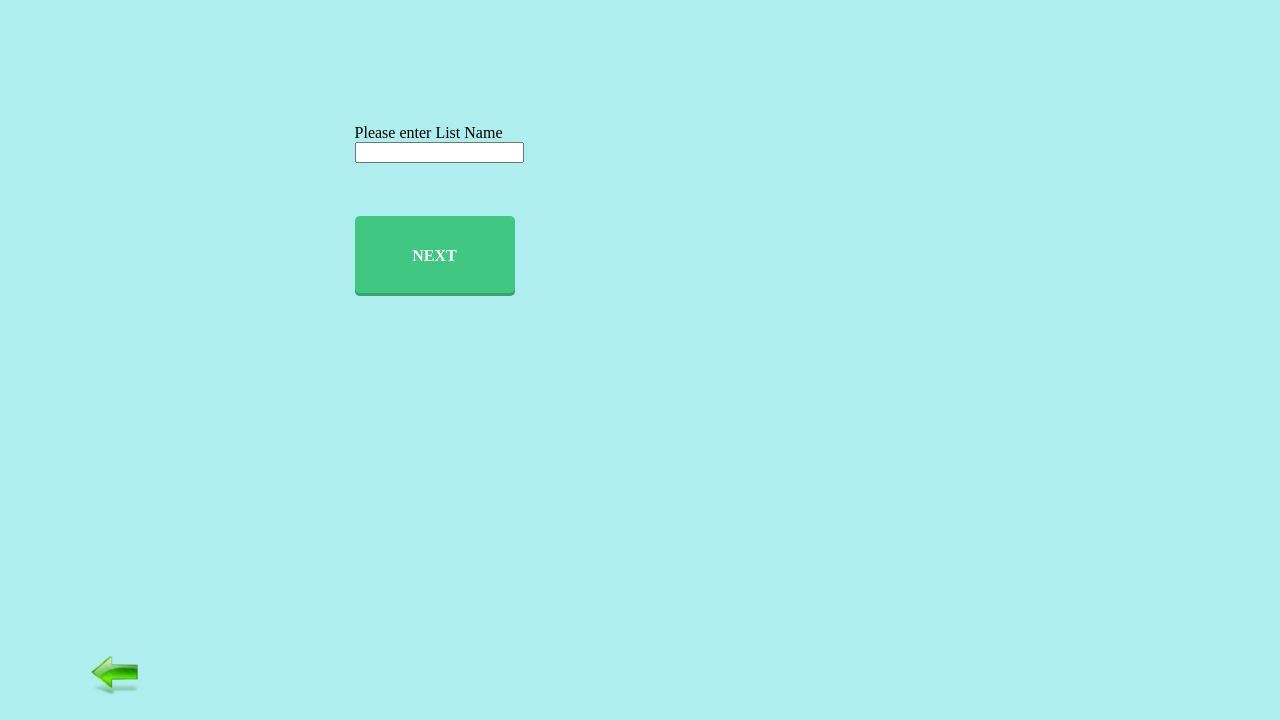
Repository: Artem-Brunov/msu_prac
Page: workspace/BasicUI/NewWithoutTr.html
The author's editor kept a copy of each file at every save. The page is drawn from the files as they stood at one save, then again after the next save.
The browser window is 1280 px wide. The pictures show the whole page.

Above is the page before, as saved 2017-12-26 19:05:03.

### workspace/BasicUI/NewWithoutTr.html
<!DOCTYPE html>
<html>
<head>
  <meta charset="utf-8" />
    <meta name="viewport" content="width=device-width, initial-scale=1.0, maximum-scale=1.0">
    <meta name="description" content="Tizen Mobile Web Basic Template" />

    <title>Tizen Mobile Web Basic Application</title>
    <link rel="stylesheet" type="text/css" href="css/NewPlaylist.css" />
    <link rel="stylesheet" type="text/css" href="css/style.css" />
</head>
<body>
<div class = "listn">
	<form name="test">
  		<p>Please enter List Name<br>
   			<input type="text" size="18">
  		</p>
 </div>

 	</form>

	<div class = "Add">
		<a href = "" class = "first_button">NEXT</a>
	</div>
	<div class = "BBack">
			<a href = "NewSettings.html"><img src="images/Back.png" width="50"
  height="50" alt="One step back"></a>
	</div>
</body>
</html>

### workspace/BasicUI/css/NewPlaylist.css
.Return {
	position: absolute;
  	top: 24%;
  	left:50%;

}
.Add {
	position: absolute;
  	top: 30%;
  	left: 27.7%;
}
.listn {
	position: absolute;
  	top: 15%;
  	left: 27.7%;
}
.BBack{
	position: absolute;
  	top: 90%;
  	left: 7%;
}
.Settings{
	position: absolute;
	left: 18%;
	top: 10%;
 	color: Gray;
}
.take_1{
	position: absolute;
	left: 6%;
	top: 3%;
}
.take_2{
	position: absolute;
	right: 6%;
	top: 3%;
}
.FP{
	position: absolute;
	left: 27.7%;
	top: 60%;
}
.FP_2{
	position: absolute;
	right: 27.7%;
	top: 75%;
}

### workspace/BasicUI/css/style.css
html,
body {
    width: 100%;
    height: 100%;
    margin: 0 auto;
    padding: 0;
    background: PaleTurquoise;
 }
 .titl{

 	position: absolute;
 	left: 25.5%;
 	top: 10%;
 	color: Gray;
 }
 a.first_button {

	display: block;
	width: 160px;
	height: 80px;
  	line-height: 5em;
	border-radius: 5px;
 	background: rgb(64,199,129);
	box-shadow: 0 -3px rgb(53,167,110) inset;
	font-weight: 900;
  	color: white;
  	text-align: center;
  	text-decoration: none;
  	transition: 0.2s;
}
a.first_button:hover { background: rgb(53, 167, 110); }
a.first_button:active {
  background: rgb(33,147,90);
  box-shadow: 0 3px rgb(33,147,90) inset;
}
.New {
	position: absolute;
  	top: 47%;
  	left: 27.7%;

}
.Select {
	position: absolute;
  	top: 64%;
  	left: 27.7%;

}
.FastPlay {
	position: absolute;
  	top: 30%;
  	left: 27.7%;

}

After the next save:
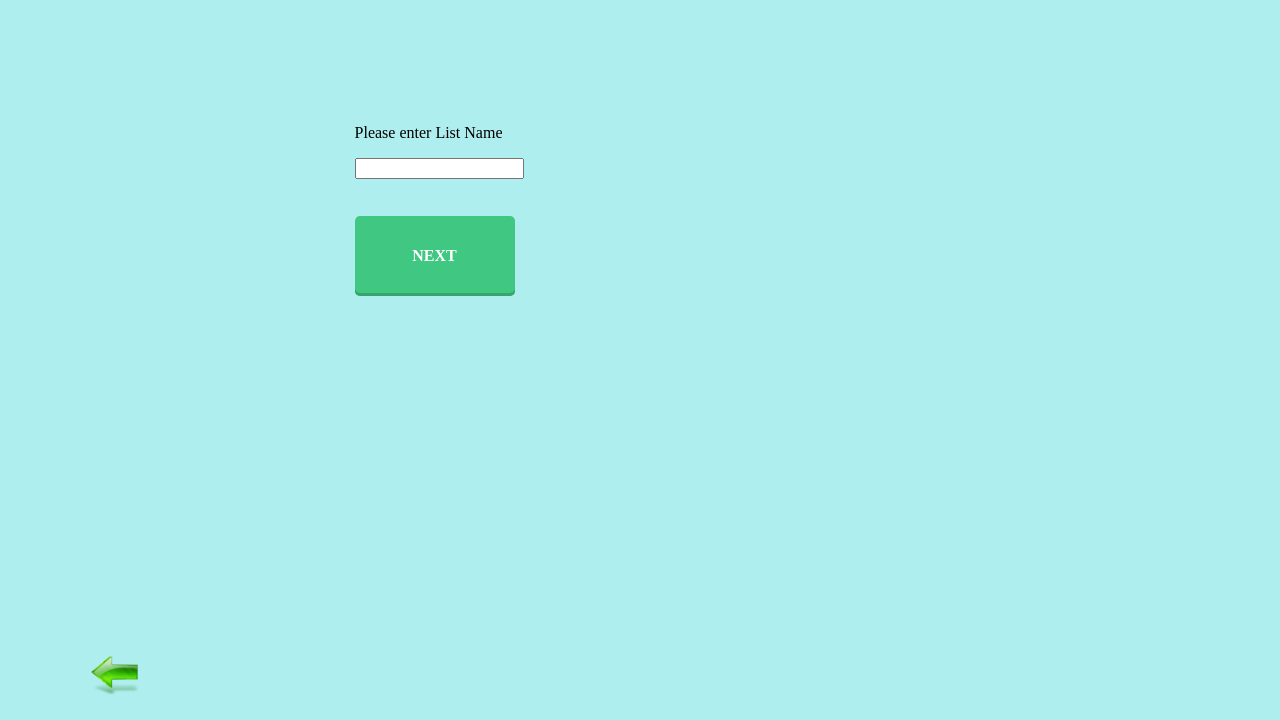
Saved 55 s later.
--- a/workspace/BasicUI/NewWithoutTr.html
+++ b/workspace/BasicUI/NewWithoutTr.html
@@ -12,7 +12,8 @@
 <body>
 <div class = "listn">
 	<form name="test">
-  		<p>Please enter List Name<br>
+  		<p>Please enter List Name</p>
+  		<p>
    			<input type="text" size="18">
   		</p>
  </div>
